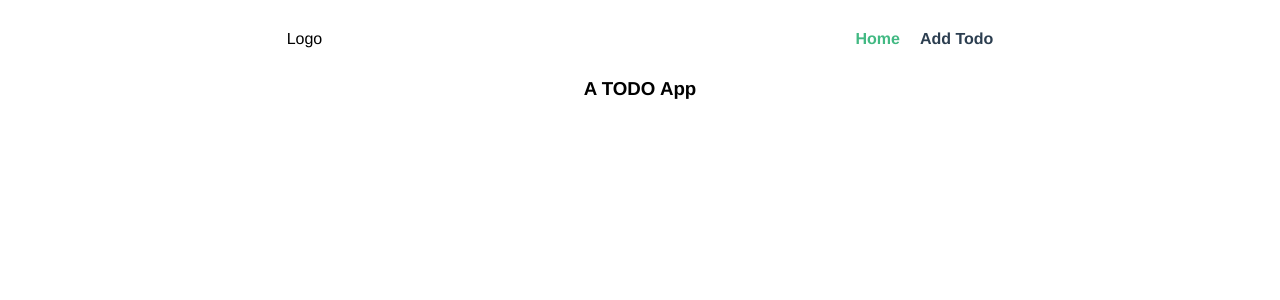
Repository: adisamicheal/academy-vuex-todo
Page: /
An editor plug-in stored every save of this project. The page is shown before and after the next save, followed by the edit.
The browser window is 1280 px wide. The pictures show the whole page.
The project was rebuilt for these pictures with package versions that can differ from the ones it lists, and the page was loaded fresh each time.

Above is the page before, as saved 2021-11-01 10:34:27.

### src/App.vue
<template>
  <div id="app">
    <div id="nav">
      <Navigation />
    </div>
    <router-view/>
  </div>
</template>

<script>
import Navigation from '@/components/Navigation.vue'

export default {
  components: {
    Navigation
  }
}
</script>

<style>
* {
  margin: 0;
  padding: 0;
  box-sizing: border-box;
}
#app {
  font-family: Avenir, Helvetica, Arial, sans-serif;
  -webkit-font-smoothing: antialiased;
  -moz-osx-font-smoothing: grayscale;
}

#nav {
  padding: 30px;
}

#nav a {
  font-weight: bold;
  color: #2c3e50;
}

#nav a.router-link-exact-active {
  color: #42b983;
}
</style>

### src/router/index.js
import Vue from 'vue'
import VueRouter from 'vue-router'
import Home from '../views/Home.vue'

Vue.use(VueRouter)

const routes = [
  {
    path: '/',
    name: 'Home',
    component: Home
  },
  {
    path: '/about',
    name: 'About',
    // route level code-splitting
    // this generates a separate chunk (about.[hash].js) for this route
    // which is lazy-loaded when the route is visited.
    component: () => import(/* webpackChunkName: "about" */ '../views/About.vue')
  },
  {
    path: '/add-todo',
    name: 'AddTodo',
    component: () => import(/* webpackChunkName: "about" */ '../views/AddTodo.vue')
  }
]

const router = new VueRouter({
  mode: 'history',
  base: process.env.BASE_URL,
  routes
})

export default router

### src/components/Navigation.vue
<template>
  <nav>
      <div class="logo">
          Logo
      </div>
      <div>
          <ul>
              <li><router-link to="/">Home</router-link> </li>
              <li><router-link to="/add-todo">Add Todo</router-link> </li>
              <!-- <li><router-link to="/">Home</router-link> </li> -->
          </ul>
      </div>
  </nav>
</template>

<script>
export default {

}
</script>

<style scoped>
nav {
    display: flex;
    align-items: center;
    justify-content: space-around;
}
ul {
    list-style: none;
    display: flex;
    align-items: center;
}
ul li {
    margin-left: 20px;
}
ul li a {
    text-decoration: none;
}
</style>

### src/views/Home.vue
<template>
  <div class="home">
    <h3>A TODO App</h3>
  </div>
</template>

<script>
// @ is an alias to /src

export default {
  name: 'Home',
  components: {
  }
}
</script>

<style scoped>
h3 {
  text-align: center;
}
</style>

Loaded but not shown: public/index.html (common file); src/main.js (common file); src/store/index.js (common file)

After the next save:
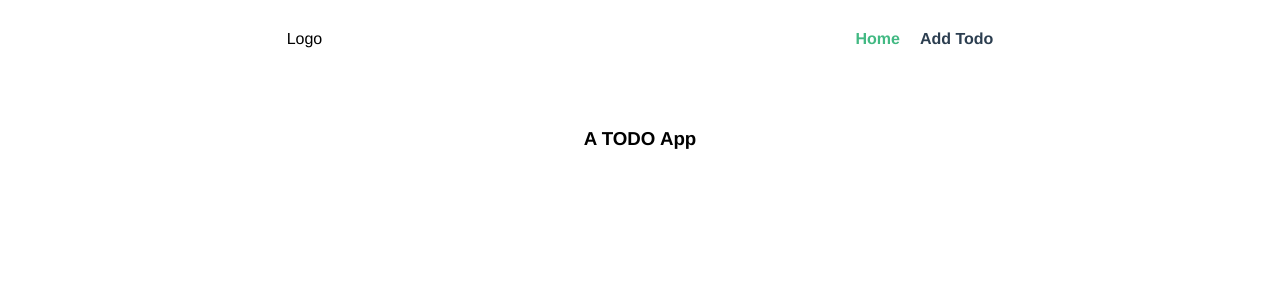
Saved 15 s later.
--- a/src/views/Home.vue
+++ b/src/views/Home.vue
@@ -17,5 +17,6 @@ export default {
 <style scoped>
 h3 {
   text-align: center;
+  padding: 50px 0;
 }
 </style>
